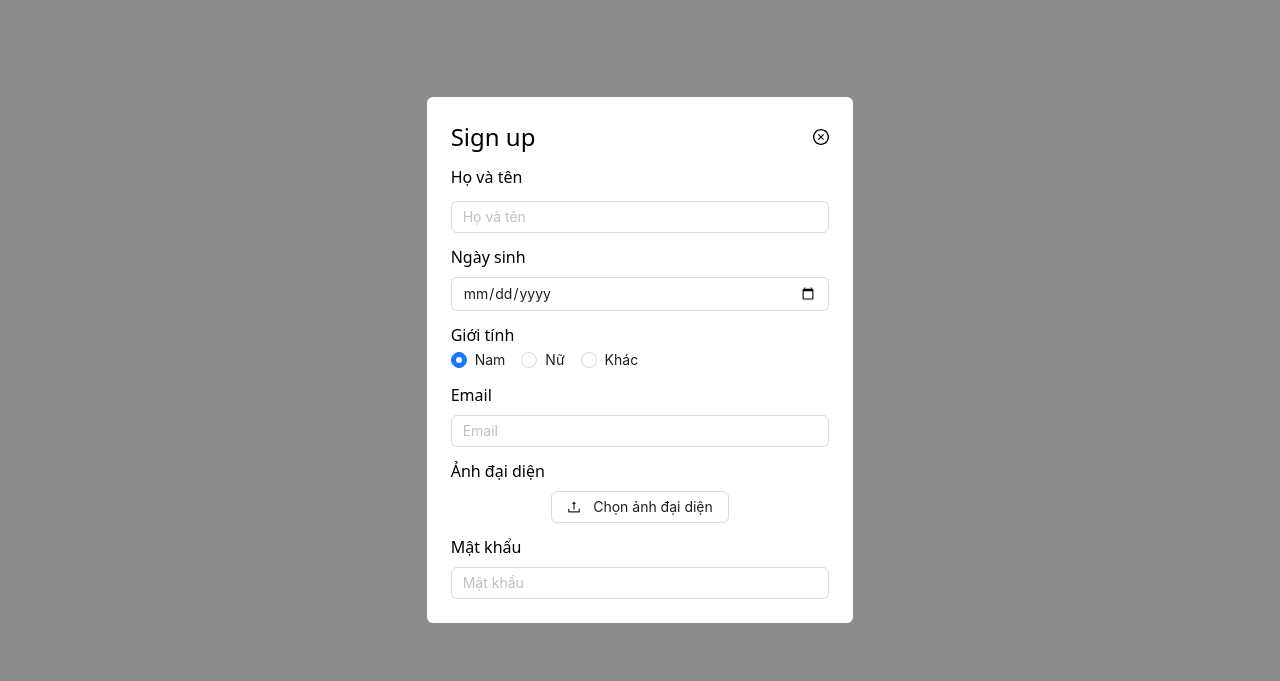
Repository: TinhTT336/MD02_Session14
Page: / (app in client/)
An editor plug-in stored every save of this project. The page is shown before and after the next save, followed by the edit.
The browser window is 1280 px wide. The pictures show the whole page.
The project was rebuilt for these pictures with package versions that can differ from the ones it lists, and the page was loaded fresh each time. Also part of the build but not shown: client/vite.config.js, client/src/firebase/configFirebase.js, client/src/components/UploadSingleFile.jsx, client/src/components/register/register.css, client/src/components/register/Register.jsx, client/src/components/register/RegisterWithImg.jsx.

Above is the page before, as saved 2023-09-14 14:27:32.

### client/index.html
<!DOCTYPE html>
<html lang="en">
  <head>
    <meta charset="UTF-8" />
    <link rel="icon" type="image/svg+xml" href="/vite.svg" />
    <meta name="viewport" content="width=device-width, initial-scale=1.0" />
    <title>Vite + React</title>
    <!-- <link
      href="https://cdn.jsdelivr.net/npm/bootstrap@5.0.2/dist/css/bootstrap.min.css"
      rel="stylesheet"
      integrity="sha384-EVSTQN3/azprG1Anm3QDgpJLIm9Nao0Yz1ztcQTwFspd3yD65VohhpuuCOmLASjC"
      crossorigin="anonymous"
    />
    <link
      rel="stylesheet"
      href="https://cdnjs.cloudflare.com/ajax/libs/font-awesome/6.4.2/css/all.min.css"
      integrity="sha512-z3gLpd7yknf1YoNbCzqRKc4qyor8gaKU1qmn+CShxbuBusANI9QpRohGBreCFkKxLhei6S9CQXFEbbKuqLg0DA=="
      crossorigin="anonymous"
      referrerpolicy="no-referrer"
    /> -->
  </head>
  <body>
    <div id="root"></div>
    <script type="module" src="/src/main.jsx"></script>
  </body>
</html>

### client/src/App.jsx

import './App.css'
import UploadSingleFile from './components/UploadSingleFile'
import Register from './components/register/Register'
import RegisterWithImg from './components/register/RegisterWithImg'
import Signup from './components/signup/Signup'

function App() {

  return (
    <>
      {/* <UploadSingleFile /> */}
      {/* <Register /> */}
      {/* <RegisterWithImg /> */}
      <Signup />
    </>
  )
}

export default App

### client/src/components/signup/Signup.jsx
import React, { useState } from 'react';
import { CloseCircleOutlined, UploadOutlined } from "@ant-design/icons";
import { Input, Radio, Button, message, Upload } from 'antd';

export default function Signup() {
    const [gender, setGender] = useState(1);
    const handleCheck = (e) => {
        setGender(e.target.value);
    };
    const props = {
        name: 'file',
        action: 'https://www.mocky.io/v2/5cc8019d300000980a055e76',
        headers: {
            authorization: 'authorization-text',
        },
        onChange(info) {
            if (info.file.status !== 'uploading') {
                console.log(info.file, info.fileList);
            }
            if (info.file.status === 'done') {
                message.success(`${info.file.name} file uploaded successfully`);
            } else if (info.file.status === 'error') {
                message.error(`${info.file.name} file upload failed.`);
            }
        },
    };
    return (
        <>
            <div className='fixed top-0 left-0 right-0 bottom-0 flex items-center justify-center bg-rgba-black'>
                <form className='bg-white p-6 rounded-md w-2/6'>
                    <div className='flex items-center justify-between'>
                        <h3 className='text-2xl'>Sign up</h3>
                        <CloseCircleOutlined className='cursor-pointer hover:bg-slate-300 rounded-full' />
                    </div>
                    <div className='mt-3'>
                        <label htmlFor="name">Họ và tên</label>
                        <Input placeholder="Họ và tên" className='mt-3' name='name' id='name' />
                    </div>
                    <div className='mt-3'>
                        <label htmlFor="dateOfBirth">Ngày sinh</label>
                        <Input placeholder="Ngày sinh" className='mt-2' name='dateOfBirth' id='dateOfBirth' type='date' />
                    </div>
                    <div className='mt-3'>
                        <label htmlFor="dateOfBirth">Giới tính</label>
                        <div>
                            <Radio.Group onChange={handleCheck} value={gender}>
                                <Radio value={1}>Nam</Radio>
                                <Radio value={2}>Nữ</Radio>
                                <Radio value={3}>Khác</Radio>
                            </Radio.Group>
                        </div>
                    </div>
                    <div className='mt-3'>
                        <label htmlFor="email">Email</label>
                        <Input placeholder="Email" className='mt-2' name='email' id='email' type='text' />
                    </div>
                    <div className='mt-3'>
                        <label htmlFor="avatar">Ảnh đại diện</label>
                        <div className='text-center mt-2'>
                            <Upload {...props}>
                                <Button icon={<UploadOutlined />}> Chọn ảnh đại diện</Button>
                            </Upload>
                        </div>
                    </div>
                    <div className='mt-3'>
                        <label htmlFor="password">Mật khẩu</label>
                        <Input placeholder="Mật khẩu" className='mt-2' name='password' id='password' type='password' />
                    </div>
                </form>
            </div>

        </>
    )
}

### client/tailwind.config.js
/** @type {import('tailwindcss').Config} */
export default {
  content: ["./index.html", "./src/**/*.{js,ts,jsx,tsx}"],
  theme: {
    extend: {
      backgroundColor: {
        "rgba-black": "rgba(0,0,0,0.45)",
      },
    },
  },
  plugins: [],
};

Loaded but not shown: client/src/main.jsx (common file); client/src/index.css (common file); client/src/App.css (common file)

After the next save:
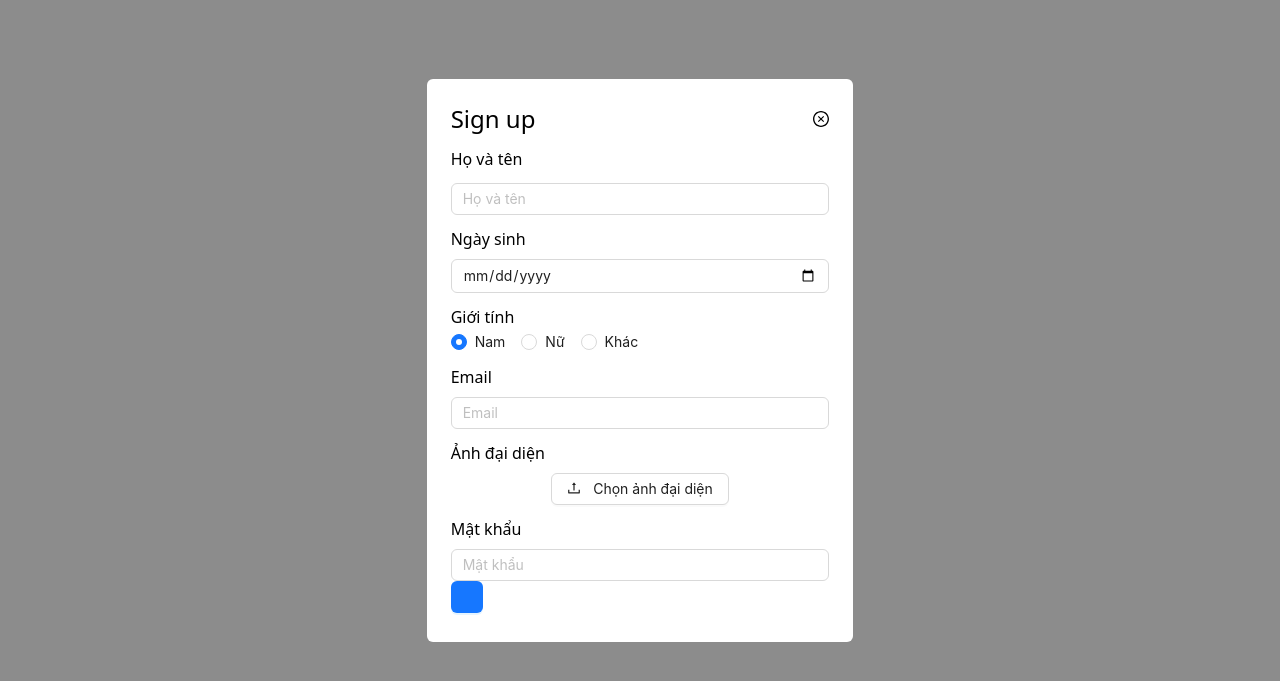
Saved 2 min 26 s later.
--- a/client/src/components/signup/Signup.jsx
+++ b/client/src/components/signup/Signup.jsx
@@ -1,6 +1,6 @@
 import React, { useState } from 'react';
 import { CloseCircleOutlined, UploadOutlined } from "@ant-design/icons";
-import { Input, Radio, Button, message, Upload } from 'antd';
+import { Input, Radio, Button, message, Upload, Space } from 'antd';
 
 export default function Signup() {
     const [gender, setGender] = useState(1);
@@ -66,6 +66,9 @@ export default function Signup() {
                         <label htmlFor="password">Mật khẩu</label>
                         <Input placeholder="Mật khẩu" className='mt-2' name='password' id='password' type='password' />
                     </div>
+                    <div>
+                        <Button type='primary' />
+                    </div>
                 </form>
             </div>
 
